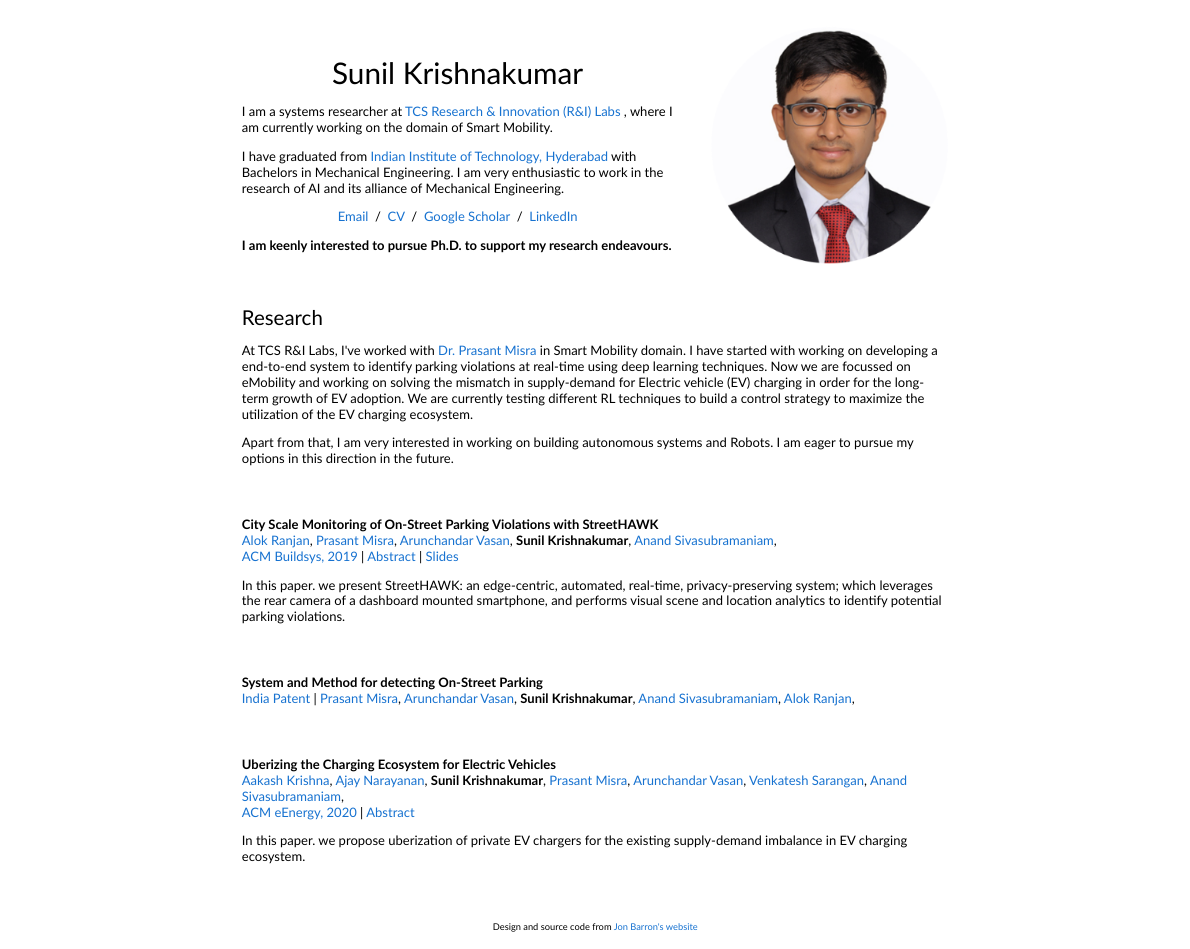
Repository: Sunil-KK/-
Page: index.html
These files come from the project's save history. The page is drawn as it stood at one moment and after the next save; the edit follows.
The browser window is 1280 px wide. The pictures show the whole page, at 93% of full size.

Above is the page before, as saved 2020-09-02 16:06:58.

### index.html
<!DOCTYPE HTML>
<html lang="en"><head><meta http-equiv="Content-Type" content="text/html; charset=UTF-8">
  <!-- Hi, Jon Here. Please DELETE the two <script> tags below if you use this HTML, otherwise my analytics will track your page -->
  <!-- Global site tag (gtag.js) - Google Analytics -->
  <script async src="https://www.googletagmanager.com/gtag/js?id=UA-7580334-2"></script>
  <script>
    window.dataLayer = window.dataLayer || [];
    function gtag(){dataLayer.push(arguments);}
    gtag('js', new Date());

    gtag('config', 'UA-7580334-2');
  </script>

  <title>Sunil Krishnakumar</title>

  <meta name="author" content="Sunil Krishnakumar">
  <meta name="viewport" content="width=device-width, initial-scale=1">

  <link rel="stylesheet" type="text/css" href="stylesheet.css">
  <link rel="icon" type="image/png" href="images/seal_icon.png">
</head>

<body>
  <table style="width:100%;max-width:800px;border:0px;border-spacing:0px;border-collapse:separate;margin-right:auto;margin-left:auto;"><tbody>
    <tr style="padding:0px">
      <td style="padding:0px">
        <table style="width:100%;border:0px;border-spacing:0px;border-collapse:separate;margin-right:auto;margin-left:auto;"><tbody>
          <tr style="padding:0px">
            <td style="padding:2.5%;width:63%;vertical-align:middle">
              <p style="text-align:center">
                <name>Sunil Krishnakumar</name>
              </p>
              <p>I am a systems researcher at <a href="https://www.tcs.com/research-and-innovation">TCS Research & Innovation (R&I) Labs </a>, where I am currently working
                 on the domain of Smart Mobility.
              </p>
              <p>
                I have graduated from <a href="https://mae.iith.ac.in/">Indian Institute of Technology, Hyderabad</a> with Bachelors in Mechanical Engineering.
                I am very enthusiastic to work in the research of AI and its alliance of Mechanical Engineering.
              </p>
              <p style="text-align:center">
                <a href="mailto:komadamsunil96@gmail.com">Email</a> &nbsp/&nbsp
                <a href="data/Sunil_CV.pdf">CV</a> &nbsp/&nbsp
                <!-- <a href="data/JonBarron-bio.txt">LinkedI</a> &nbsp/&nbsp -->
                <a href="https://scholar.google.com/citations?user=UGNuzUkAAAAJ&hl=en&oi=ao">Google Scholar</a> &nbsp/&nbsp
                <a href="https://www.linkedin.com/in/sunilkrishnakumar/">LinkedIn</a>
                <!-- <a href="https://twitter.com/jon_barron">Twitter</a> -->
              </p>
            <strong>I am keenly interested to pursue Ph.D. to support my research endeavours.</strong>
            </td>
            <td style="padding:2.5%;width:40%;max-width:40%">
              <a href="images/ID.jpg"><img style="width:100%;max-width:100%" alt="profile photo" src="images/Sunil_circle.png" class="hoverZoomLink"></a>
            </td>
          </tr>
        </tbody></table>
        <table style="width:100%;border:0px;border-spacing:0px;border-collapse:separate;margin-right:auto;margin-left:auto;"><tbody>
            <tr>
            <td style="padding:20px;width:100%;vertical-align:middle">
              <heading>Research</heading>
              <p>
                 At TCS R&I Labs, I've worked with <a href="https://sites.google.com/site/prasantmisra">Dr. Prasant Misra</a> in Smart Mobility
                 domain. I have started with working on developing a end-to-end system to identify parking violations at real-time using
                 deep learning techniques. Now we are focussed on eMobility and working on solving the mismatch in supply-demand for Electric vehicle (EV)
                 charging in order for the long-term growth of EV adoption. We are currently testing different RL techniques to build a control strategy
                 to maximize the utilization of the EV charging ecosystem.
                <!-- Representative papers are <span class="highlight">highlighted</span>. -->
              </p>
              <p>
                 Apart from that, I am very interested in working on building autonomous systems and Robots. I am eager to pursue my options
                 in this direction in the future.
              </p>
            </td>
          </tr>
        </tbody></table>
        <table style="width:100%;border:0px;border-spacing:0px;border-collapse:separate;margin-right:auto;margin-left:auto;"><tbody>


            </td>
            <td style="padding:20px;width:75%;vertical-align:middle">
              <strong>City Scale Monitoring of On-Street Parking Violations with StreetHAWK</strong>
              <br>
              <a href="https://sites.google.com/view/alok-ranjan/home">Alok Ranjan</a>,
              <a href="https://sites.google.com/site/prasantmisra">Prasant Misra</a>,
              <a href="https://www.linkedin.com/in/arun-vasan/">Arunchandar Vasan</a>,
              <strong>Sunil Krishnakumar</strong>,
              <a href="http://www.cse.psu.edu/~axs53/">Anand Sivasubramaniam</a>,
              <br>
              <!-- <em>ACM Buildsys</em>, 2019   -->
              <!-- <br> -->
              <a href="https://dl.acm.org/doi/proceedings/10.1145/3360322">ACM Buildsys, 2019</a> |
              <a href="https://dl.acm.org/doi/10.1145/3360322.3360841"">Abstract</a> |
              <a href="data/2019-buildsys-streethawk-abridged.pdf">Slides</a>
              <p></p>
              <p>In this paper. we present StreetHAWK: an edge-centric, automated, real-time, privacy-preserving system;
                 which leverages the rear camera of a dashboard mounted smartphone, and performs visual scene and location
                 analytics to identify potential parking violations. </p>
            </td>
          </tr>

        </td>
        <td style="padding:20px;width:75%;vertical-align:middle">
          <strong>System and Method for detecting On-Street Parking</strong>
          <br>
          <a>India Patent</a> |
          <a href="https://sites.google.com/site/prasantmisra">Prasant Misra</a>,
          <a href="https://www.linkedin.com/in/arun-vasan/">Arunchandar Vasan</a>,
          <strong>Sunil Krishnakumar</strong>,
          <a href="http://www.cse.psu.edu/~axs53/">Anand Sivasubramaniam</a>,
          <a href="https://sites.google.com/view/alok-ranjan/home">Alok Ranjan</a>,
          <br>
          <!-- <em>ACM Buildsys</em>, 2019   -->
          <!-- <br> -->
          <!-- <a href="https://dl.acm.org/doi/10.1145/3360322.3360841"">Abstract</a> | -->
          <!-- <a href="data/2019-buildsys-streethawk-abridged.pdf">Slides</a> -->
          <p></p>
          <!-- <p>In this paper. we present StreetHAWK: an edge-centric, automated, real-time, privacy-preserving system;
             which leverages the rear camera of a dashboard mounted smartphone, and performs visual scene and location
             analytics to identify potential parking violations. </p> -->
        </td>
      </tr>


        </td>
        <td style="padding:20px;width:75%;vertical-align:middle">
          <strong>Uberizing the Charging Ecosystem for Electric Vehicles</strong>
          <br>
          <a href="https://aakashsasikumar.github.io/">Aakash Krishna</a>,
          <a href="https://www.researchgate.net/profile/Ajay_Narayanan4">Ajay Narayanan</a>,
          <strong>Sunil Krishnakumar</strong>,
          <a href="https://sites.google.com/site/prasantmisra">Prasant Misra</a>,
          <a href="https://www.linkedin.com/in/arun-vasan/">Arunchandar Vasan</a>,
          <a href="https://www.linkedin.com/in/venkatesh-sarangan-429a4168/">Venkatesh Sarangan</a>,
          <a href="http://www.cse.psu.edu/~axs53/">Anand Sivasubramaniam</a>,
          <br>
          <!-- <em>ACM Buildsys</em>, 2019   -->
          <!-- <br> -->
          <a href="https://dl.acm.org/doi/proceedings/10.1145/3396851">ACM eEnergy, 2020</a> |
          <a href="https://doi.org/10.1145/3396851.3397758">Abstract</a>
          <!-- <a href="data/2019-buildsys-streethawk-abridged.pdf">Slides</a> -->
          <p></p>
          <p>In this paper. we propose uberization of private EV chargers for the existing supply-demand imbalance
             in EV charging ecosystem. </p>
        </td>
      </tr>

        <table style="width:100%;border:0px;border-spacing:0px;border-collapse:separate;margin-right:auto;margin-left:auto;"><tbody>
          <tr>
            <td style="padding:0px">
              <br>
              <p style="text-align:center;font-size: 10px;">
                Design and source code from <a href="https://github.com/jonbarron/jonbarron_website"style="font-size: 10px ">Jon Barron's website</a>
                <br>
              </p>
            </td>
          </tr>
        </tbody></table>
      </td>
    </tr>
  </table>
</body>

</html>

### stylesheet.css
/* latin-ext */
@font-face {
  font-family: 'Lato';
  font-style: italic;
  font-weight: 400;
  src: local('Lato Italic'), local('Lato-Italic'), url(https://fonts.gstatic.com/s/lato/v15/S6u8w4BMUTPHjxsAUi-qNiXg7eU0.woff2) format('woff2');
  unicode-range: U+0100-024F, U+0259, U+1E00-1EFF, U+2020, U+20A0-20AB, U+20AD-20CF, U+2113, U+2C60-2C7F, U+A720-A7FF;
}
/* latin */
@font-face {
  font-family: 'Lato';
  font-style: italic;
  font-weight: 400;
  src: local('Lato Italic'), local('Lato-Italic'), url(https://fonts.gstatic.com/s/lato/v15/S6u8w4BMUTPHjxsAXC-qNiXg7Q.woff2) format('woff2');
  unicode-range: U+0000-00FF, U+0131, U+0152-0153, U+02BB-02BC, U+02C6, U+02DA, U+02DC, U+2000-206F, U+2074, U+20AC, U+2122, U+2191, U+2193, U+2212, U+2215, U+FEFF, U+FFFD;
}
/* latin-ext */
@font-face {
  font-family: 'Lato';
  font-style: italic;
  font-weight: 700;
  src: local('Lato Bold Italic'), local('Lato-BoldItalic'), url(https://fonts.gstatic.com/s/lato/v15/S6u_w4BMUTPHjxsI5wq_FQftx9897sxZ.woff2) format('woff2');
  unicode-range: U+0100-024F, U+0259, U+1E00-1EFF, U+2020, U+20A0-20AB, U+20AD-20CF, U+2113, U+2C60-2C7F, U+A720-A7FF;
}
/* latin */
@font-face {
  font-family: 'Lato';
  font-style: italic;
  font-weight: 700;
  src: local('Lato Bold Italic'), local('Lato-BoldItalic'), url(https://fonts.gstatic.com/s/lato/v15/S6u_w4BMUTPHjxsI5wq_Gwftx9897g.woff2) format('woff2');
  unicode-range: U+0000-00FF, U+0131, U+0152-0153, U+02BB-02BC, U+02C6, U+02DA, U+02DC, U+2000-206F, U+2074, U+20AC, U+2122, U+2191, U+2193, U+2212, U+2215, U+FEFF, U+FFFD;
}
/* latin-ext */
@font-face {
  font-family: 'Lato';
  font-style: normal;
  font-weight: 400;
  src: local('Lato Regular'), local('Lato-Regular'), url(https://fonts.gstatic.com/s/lato/v15/S6uyw4BMUTPHjxAwXiWtFCfQ7A.woff2) format('woff2');
  unicode-range: U+0100-024F, U+0259, U+1E00-1EFF, U+2020, U+20A0-20AB, U+20AD-20CF, U+2113, U+2C60-2C7F, U+A720-A7FF;
}
/* latin */
@font-face {
  font-family: 'Lato';
  font-style: normal;
  font-weight: 400;
  src: local('Lato Regular'), local('Lato-Regular'), url(https://fonts.gstatic.com/s/lato/v15/S6uyw4BMUTPHjx4wXiWtFCc.woff2) format('woff2');
  unicode-range: U+0000-00FF, U+0131, U+0152-0153, U+02BB-02BC, U+02C6, U+02DA, U+02DC, U+2000-206F, U+2074, U+20AC, U+2122, U+2191, U+2193, U+2212, U+2215, U+FEFF, U+FFFD;
}
/* latin-ext */
@font-face {
  font-family: 'Lato';
  font-style: normal;
  font-weight: 700;
  src: local('Lato Bold'), local('Lato-Bold'), url(https://fonts.gstatic.com/s/lato/v15/S6u9w4BMUTPHh6UVSwaPGQ3q5d0N7w.woff2) format('woff2');
  unicode-range: U+0100-024F, U+0259, U+1E00-1EFF, U+2020, U+20A0-20AB, U+20AD-20CF, U+2113, U+2C60-2C7F, U+A720-A7FF;
}
/* latin */
@font-face {
  font-family: 'Lato';
  font-style: normal;
  font-weight: 700;
  src: local('Lato Bold'), local('Lato-Bold'), url(https://fonts.gstatic.com/s/lato/v15/S6u9w4BMUTPHh6UVSwiPGQ3q5d0.woff2) format('woff2');
  unicode-range: U+0000-00FF, U+0131, U+0152-0153, U+02BB-02BC, U+02C6, U+02DA, U+02DC, U+2000-206F, U+2074, U+20AC, U+2122, U+2191, U+2193, U+2212, U+2215, U+FEFF, U+FFFD;
}

a {
  color: #1772d0;
  text-decoration: none;
}

a:focus,
a:hover {
  color: #f09228;
  text-decoration: none;
}

body,
td,
th,
tr,
p,
a {
  font-family: 'Lato', Verdana, Helvetica, sans-serif;
  font-size: 14px
}

strong {
  font-family: 'Lato', Verdana, Helvetica, sans-serif;
  font-size: 14px;
}

heading {
  font-family: 'Lato', Verdana, Helvetica, sans-serif;
  font-size: 22px;
}

papertitle {
  font-family: 'Lato', Verdana, Helvetica, sans-serif;
  font-size: 14px;
  font-weight: 700
}

name {
  font-family: 'Lato', Verdana, Helvetica, sans-serif;
  font-size: 32px;
}

.one {
  width: 160px;
  height: 160px;
  position: relative;
}

.two {
  width: 160px;
  height: 160px;
  position: absolute;
  transition: opacity .2s ease-in-out;
  -moz-transition: opacity .2s ease-in-out;
  -webkit-transition: opacity .2s ease-in-out;
}

.fade {
  transition: opacity .2s ease-in-out;
  -moz-transition: opacity .2s ease-in-out;
  -webkit-transition: opacity .2s ease-in-out;
}

span.highlight {
  background-color: #ffffd0;
}

After the next save:
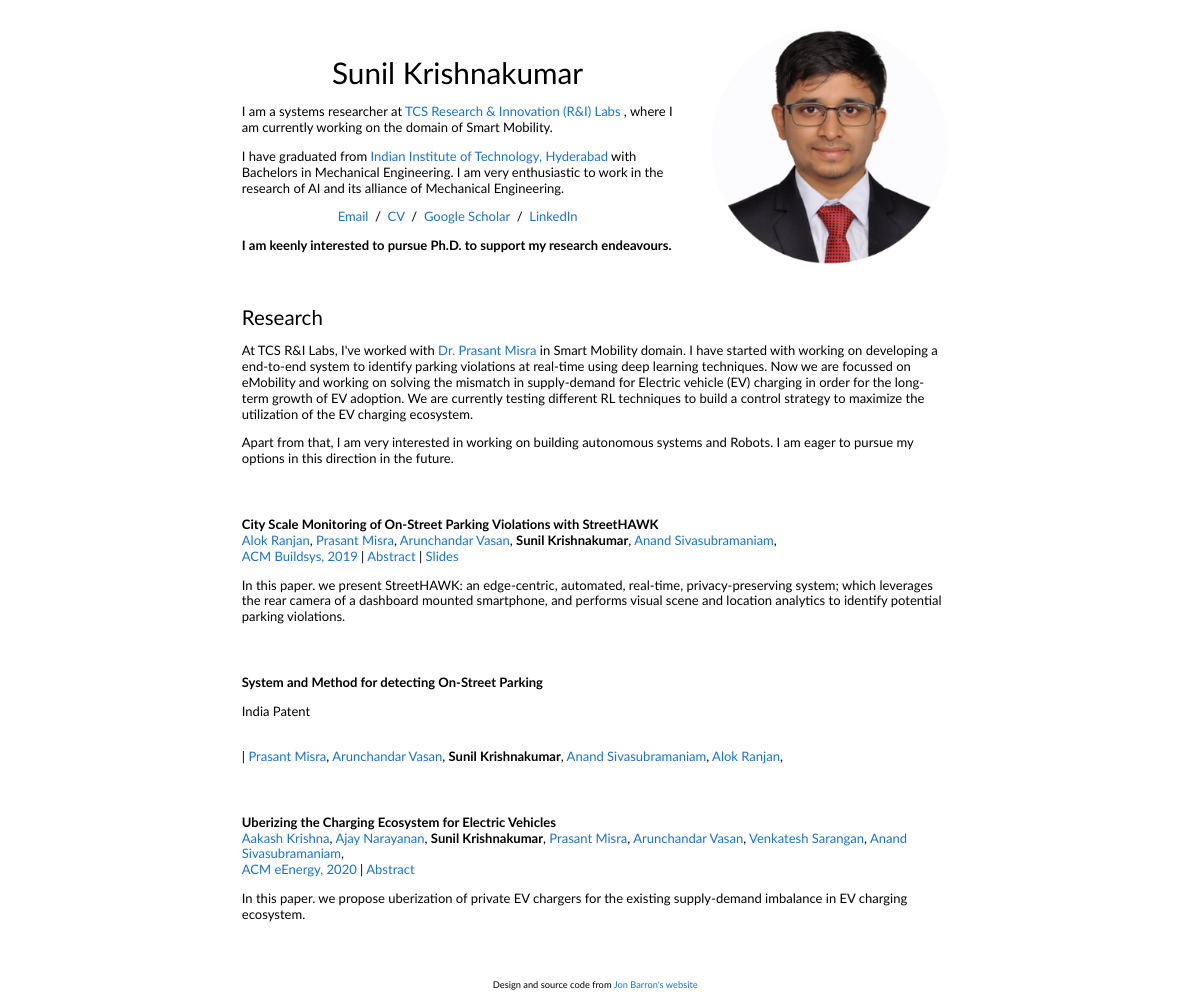
Saved 98 s later.
--- a/index.html
+++ b/index.html
@@ -100,7 +100,8 @@
         <td style="padding:20px;width:75%;vertical-align:middle">
           <strong>System and Method for detecting On-Street Parking</strong>
           <br>
-          <a>India Patent</a> |
+          <p>India Patent</p>
+          <br> |
           <a href="https://sites.google.com/site/prasantmisra">Prasant Misra</a>,
           <a href="https://www.linkedin.com/in/arun-vasan/">Arunchandar Vasan</a>,
           <strong>Sunil Krishnakumar</strong>,
